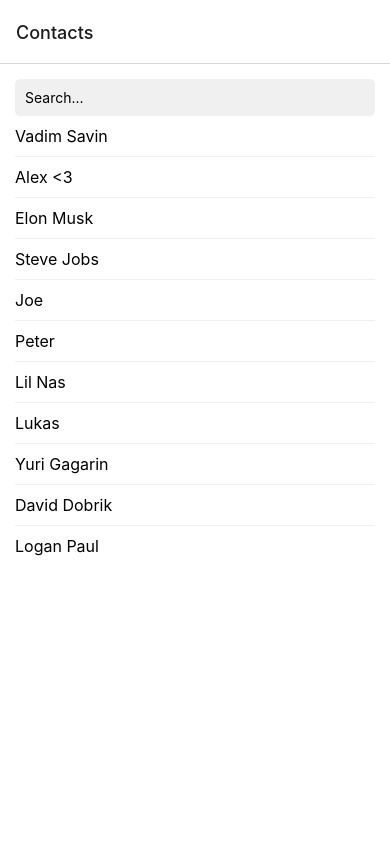
Repository: JennaFi/VideoCallApp
Screen: /
An editor plug-in stored every save of this project. The screen is shown before and after the next save, followed by the edit.
The app was drawn by React Native's web renderer in a window 390 px wide. The project was rebuilt for these pictures with package versions that can differ from the ones it lists, and the page was loaded fresh each time. Also part of the build but not shown: src/components/CallActionBox/index.js, src/screens/CallingScreen/index.js, src/screens/CallScreen/index.js, src/screens/IncomingCallScreen/index.js.

Above is the screen before, as saved 2022-01-14 16:37:14.

### App.js
/**
 * Sample React Native App
 * https://github.com/facebook/react-native
 *
 * @format
 * @flow strict-local
 */


import React from 'react'
import { StatusBar } from 'react-native'
import Navigation from './src/navigation'





const App = () => {


  return (
    < >
      <StatusBar barStyle={'dark-content'} />
      <Navigation />

      {/* <ContactsScreen /> */}
      {/* <CallingScreen /> */}
      {/* <IncomingCallScreen /> */}


    </>
  )
}



export default App

### src/navigation/index.js
import { NavigationContainer } from '@react-navigation/native'
import { createNativeStackNavigator } from '@react-navigation/native-stack'
import React from 'react'
import CallingScreen from '../screens/CallingScreen'
import CallScreen from '../screens/CallScreen'
// import CallingScreen from '../screens/CallingScreen/index';
// import IncomingCallScreen from '../screens/IncomingCallScreen'
import ContactsScreen from '../screens/ContactsScreen/index'
import IncomingCallScreen from '../screens/IncomingCallScreen'


const Navigation = () => {

  const Stack = createNativeStackNavigator()
  return (
    <NavigationContainer>
      <Stack.Navigator>
        <Stack.Screen name='Contacts' component={ContactsScreen} />

        <Stack.Group screenOptions={{headerShown: false}}>
          <Stack.Screen name='Call' component={CallScreen} />
          <Stack.Screen name='Calling' component={CallingScreen} />
          <Stack.Screen name='IncomingCall' component={IncomingCallScreen} />
        </Stack.Group>


      </Stack.Navigator>

    </NavigationContainer>
  )
}

export default Navigation

### src/screens/ContactsScreen/index.js
import React, { useEffect, useState } from 'react'
import { FlatList, StyleSheet, Text, TextInput, View } from 'react-native'
import baseContacts from '../../../assets/data/contacts.json'


const ContactsScreen = () => {

  const [searchTerm, setSearchTerm] = useState('')
  const [filteredContacts, setFilteredContacts] = useState(baseContacts)

  useEffect(() => {
    const newContacts = baseContacts.filter(
      contact =>
        contact.user_display_name
          .toLowerCase()
          .includes(searchTerm.toLowerCase())
    )
    setFilteredContacts(newContacts)

  }, [searchTerm])

  return (
    <View style={styles.page}>
      <TextInput v
        value={searchTerm}
        onChangeText={setSearchTerm}
        style={styles.searchInput}
        placeholder='Search...' />
      <FlatList
        data = {filteredContacts}
        renderItem={({item}) => (
          <Text style={styles.contactName}>{item.user_display_name}</Text>)}
        ItemSeparatorComponent={() => <View style={styles.separator}/>}
      />

    </View>
  )
}

const styles = StyleSheet.create({
  page: {
    flex: 1,
    backgroundColor: 'white',
    padding: 15
  },

  contactName: {
    fontSize: 16,
    marginVertical: 10,
  },
  separator: {
    width: '100%',
    height: 1,
    backgroundColor: '#f0f0f0'
  },
  searchInput: {
    backgroundColor: '#f0f0f0',
    padding: 10,
    borderRadius: 5,

  }
})

export default ContactsScreen

### assets/data/contacts.json
[
  {
    "user_id": "1",
    "user_name": "vadim",
    "user_display_name": "Vadim Savin"
  },
  {
    "user_id": "2",
    "user_name": "alex",
    "user_display_name": "Alex <3"
  },
  {
    "user_id": "3",
    "user_name": "elonmusk",
    "user_display_name": "Elon Musk"
  },
  {
    "user_id": "4",
    "user_name": "jobs",
    "user_display_name": "Steve Jobs"
  },
  {
    "user_id": "5",
    "user_name": "joe",
    "user_display_name": "Joe"
  },
  {
    "user_id": "6",
    "user_name": "peter",
    "user_display_name": "Peter"
  },
  {
    "user_id": "7",
    "user_name": "lilnas",
    "user_display_name": "Lil Nas"
  },
  {
    "user_id": "8",
    "user_name": "Lukas",
    "user_display_name": "Lukas"
  },
  {
    "user_id": "9",
    "user_name": "Yuri",
    "user_display_name": "Yuri Gagarin"
  },
  {
    "user_id": "10",
    "user_name": "David",
    "user_display_name": "David Dobrik"
  },
  {
    "user_id": "11",
    "user_name": "Logan",
    "user_display_name": "Logan Paul"
  }
]

After the next save:
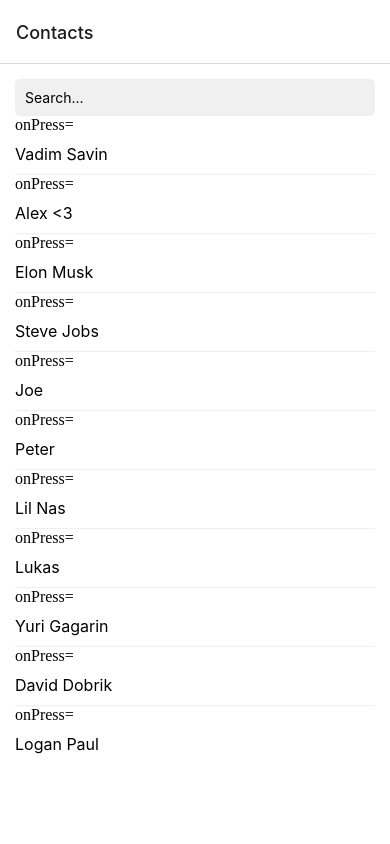
Saved 10 min 47 s later.
--- a/src/screens/ContactsScreen/index.js
+++ b/src/screens/ContactsScreen/index.js
@@ -1,5 +1,5 @@
 import React, { useEffect, useState } from 'react'
-import { FlatList, StyleSheet, Text, TextInput, View } from 'react-native'
+import { FlatList, Pressable, StyleSheet, Text, TextInput, View } from 'react-native'
 import baseContacts from '../../../assets/data/contacts.json'
 
 
@@ -19,6 +19,10 @@
 
   }, [searchTerm])
 
+  const callUser = (user) => {
+    console.warn('user call')
+  }
+
   return (
     <View style={styles.page}>
       <TextInput v
@@ -28,8 +32,11 @@
         placeholder='Search...' />
       <FlatList
         data = {filteredContacts}
-        renderItem={({item}) => (
-          <Text style={styles.contactName}>{item.user_display_name}</Text>)}
+        renderItem={({ item }) => (
+          <Pressable> onPress={() => callUser(item)}
+            <Text style={styles.contactName}>{item.user_display_name}</Text>
+          </Pressable>
+        )}
         ItemSeparatorComponent={() => <View style={styles.separator}/>}
       />
 

After the save that followed:
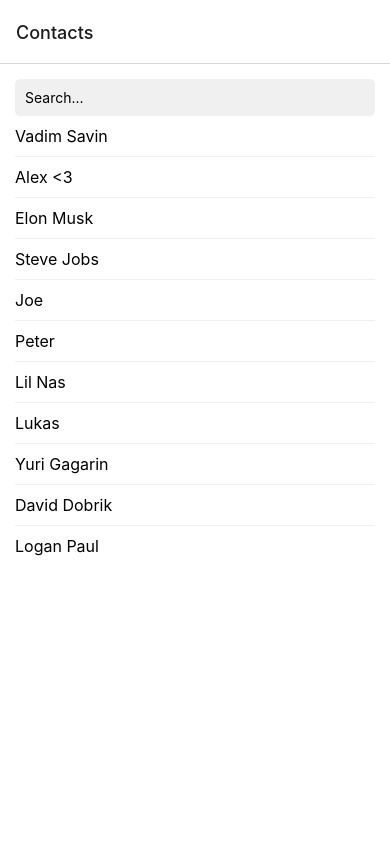
Saved 6 min 59 s later.
--- a/src/screens/ContactsScreen/index.js
+++ b/src/screens/ContactsScreen/index.js
@@ -33,7 +33,7 @@
       <FlatList
         data = {filteredContacts}
         renderItem={({ item }) => (
-          <Pressable> onPress={() => callUser(item)}
+          <Pressable onPress={() => callUser(item)}>
             <Text style={styles.contactName}>{item.user_display_name}</Text>
           </Pressable>
         )}
